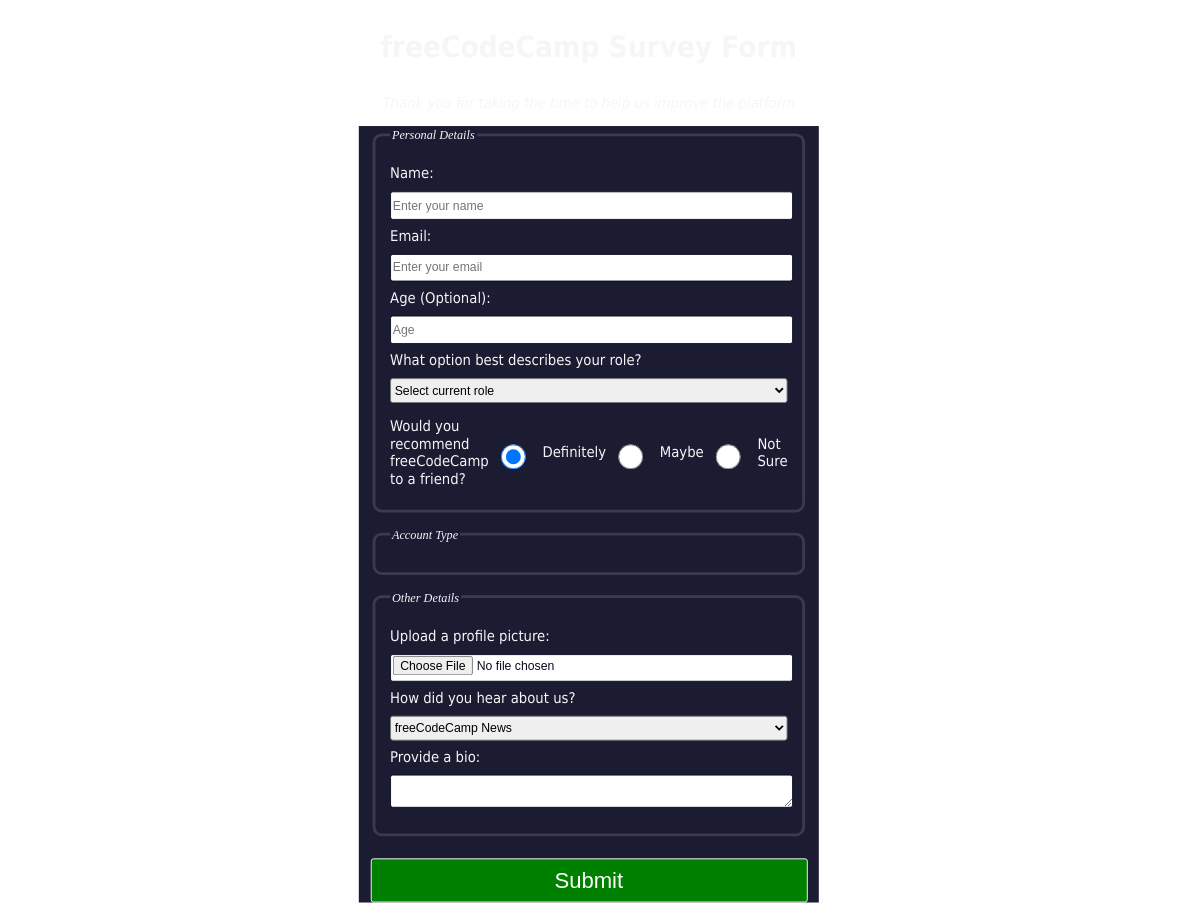
Repository: Lungdjos/survey_form_certification
Page: index.html
The author's editor kept a copy of each file at every save. The page is drawn from the files as they stood at one save, then again after the next save.
The browser window is 1280 px wide. The pictures show the whole page, at 92% of full size.

Above is the page before, as saved 2023-09-30 03:53:28.

### index.html
<!DOCTYPE html>
<html lang="en">

<head>
    <meta charset="UTF-8">
    <meta name="viewport" content="width=device-width, initial-scale=1.0">
    <title>Survey Form</title>
    <link rel="stylesheet" href="styles.css">
</head>

<body>
    <h1>freeCodeCamp Survey Form </h1>
    <p>Thank you for taking the time to help us improve the platform</p>
    <form action="https://register-demo.freecodecamp.org" method="post">
        <fieldset>
            <legend> <small>Personal Details</small> </legend>
            <label for="name">Name: <input type="text" id="name" name="name" placeholder="Enter your name" required> </label>
            <label for="email">Email: <input type="email" id="email" name="email" placeholder="Enter your email" required> </label>
            <label for="age">Age (Optional): <input type="number" name="age" id="age" min="13" max="100" placeholder="Age"> </label>
            <label for="referrer"> What option best describes your role?
                <select name="referrer" id="referrer">
                    <option value="">Select current role</option>
                    <option value="1"  name="news">Student</option>
                    <option value="2" name="youtube" >Full Time Job</option>
                    <option value="3" name="forum" >Full Time Learner</option>
                    <option value="4" name="other" >Prefer not to say</option>
                    <option value="5" name="other" >Other</option>
                </select>
            </label>
            <label for="rec" class="radio-label">
                Would you recommend freeCodeCamp to a friend?
                <div class="radio-label"></div>
                    <input  type="radio" name="recommendation" id="rec" checked> Definitely
                    <input  type="radio" name="recommendation" id="rec">Maybe
                    <input  type="radio" name="recommendation" id="rec">Not Sure
            </label>
        </fieldset>
        <fieldset>
            <legend> <small>Account Type</small></legend>

        </fieldset>
        <fieldset>
            <legend> <small>Other Details</small></legend>
            <label for="profile-pic">Upload a profile picture: <input type="file" name="profile-piture" id="profile-pic"></label>


            <label for="referrer"> How did you hear about us?
                <select name="referrer" id="referrer">
                    <option value="">(select one)</option>
                    <option value="1" selected name="news">freeCodeCamp News</option>
                    <option value="2" name="youtube" >freeCodeCamp YouTube Channel</option>
                    <option value="3" name="forum" >freeCodeCamp Forum</option>
                    <option value="4" name="other" >Other</option>
                </select>
            </label>
            <label for="bio">Provide a bio:
                <textarea name="biography" id="bio" cols="50" rows="2" placeholder="I like coding on the beach..." >
                </textarea>
            </label>
        </fieldset>

        <input type="submit" value="Submit" name="submit" id="submit-btn">
    </form>
</body>

</html>

### styles.css
/* designs for the survey form */


/* CSS for the Registration Form */

body {
    width: 100%;
    height: 100vh;
    /* will need to set the value to */
    margin: 15px 0 15px 0;
    color: #f5f6f7;
    font-size: 16px;
    font-family: Tahoma;
}

label {
    display: block;
    margin: .5rem 0;
}

a {
    color: #dfdfe2;
}

a:hover {
    color: blanchedalmond;
    text-decoration: none;
}

a:active {
    color: #0a0a23;
}

form {}

fieldset {
    margin: 15px;
    border-radius: 10px;
    border: 3px solid #3b3b4f;
    padding: 1rem;
}


/* gets the last element and take effects */


/* fieldset:last-of-type {
    border: none;
} */

input,
textarea,
select {
    margin: 10px 0 0 0;
    width: 100%;
    border-radius: 3px;
    min-height: 2em;
}

input,
textarea {
    background-color: #fff;
    border: 1px solid #0a0a23;
    color: #0a0a23;
    ;
}


/* input {}

.inline label {
    display: inline;
    margin: 0 3em 0 0;
    vertical-align: middle;
    justify-content: left;
}


/* Style the radio buttons to make them visually aligned with the labels *

input[type="radio"] {
    vertical-align: middle;
    /* Align radio buttons vertically with the text
    margin-right: 5px;
    /* Add some spacing between the radio button and text


}

/* Add some margin between each radio button and text

label input[type="radio"]+label {
    margin-right: 15px;
}

*/


/* Use flexbox to align items vertically */

.radio-label {
    display: inline-flex;
    align-items: center;
}


/* Style the radio buttons */

input[type="radio"] {
    margin-right: 5px;
}

legend {
    font-style: italic;
    font-family: 'Times New Roman', Times, serif;
}

h1,
p {
    margin: 1em auto;
    text-align: center;
}

p {
    font-style: italic;
}

form {
    /* margin: 0px 30px 0px 30px; */
    margin: 0 auto;
    max-width: 500px;
    min-width: 300px;
    width: 60vw;
    background-color: #1b1b32;
}

#submit-btn:hover {
    background-color: blanchedalmond;
    margin-bottom: 2em;
    color: #0a0a23;
    border: 4px solid #3b3b4f;
    border-radius: 8px;
}

input[name="submit"] {
    display: block;
    width: 95%;
    margin: 1em auto;
    height: 2em;
    font-size: 1.5rem;
    background-color: green;
    color: #fff;
    border-color: white;
    min-width: 1em;
}

input[type="file"] {
    min-height: 2em;
    padding: 1px 2px;
}

After the next save:
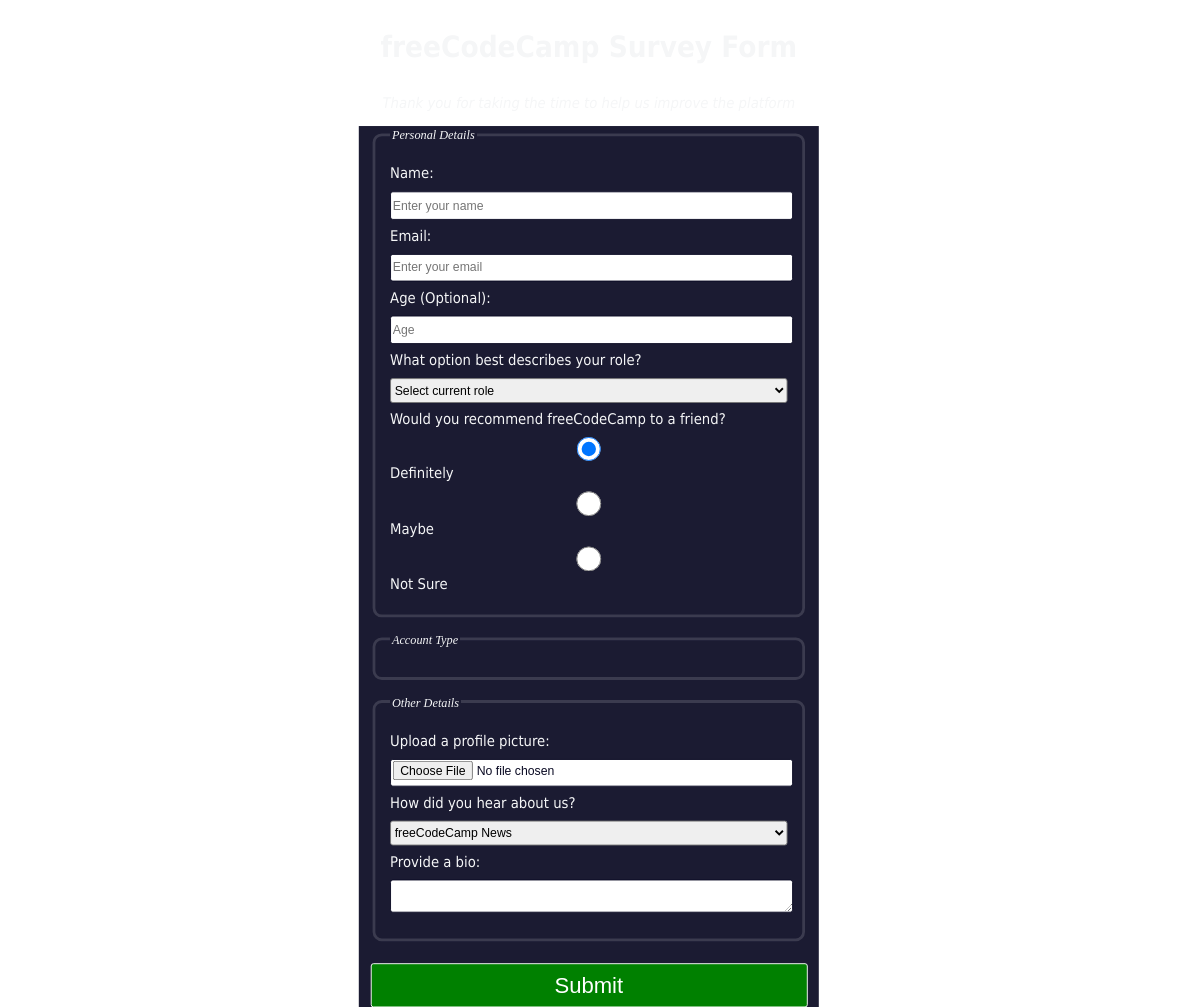
Saved 12 s later.
--- a/index.html
+++ b/index.html
@@ -27,7 +27,7 @@
                     <option value="5" name="other" >Other</option>
                 </select>
             </label>
-            <label for="rec" class="radio-label">
+            <label for="rec">
                 Would you recommend freeCodeCamp to a friend?
                 <div class="radio-label"></div>
                     <input  type="radio" name="recommendation" id="rec" checked> Definitely
